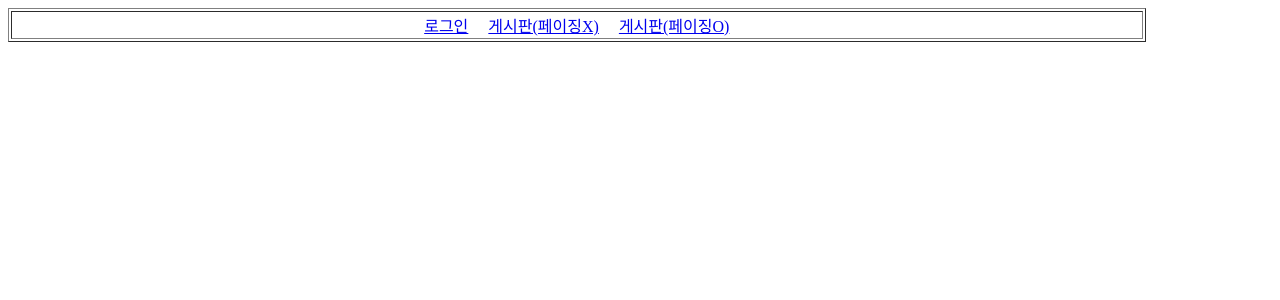
Repository: Motibidu/JSP_Servlet
Page: http://localhost/MushHaveJsp/06Session/LoginForm.jsp
These files come from the project's save history. The page is drawn as it stood at one moment and after the next save; the edit follows.
The browser window is 1280 px wide. The pictures show the whole page.
The page is served by Tomcat 10.

Above is the page before, as saved 2025-05-08 04:03:05.

After the next save:
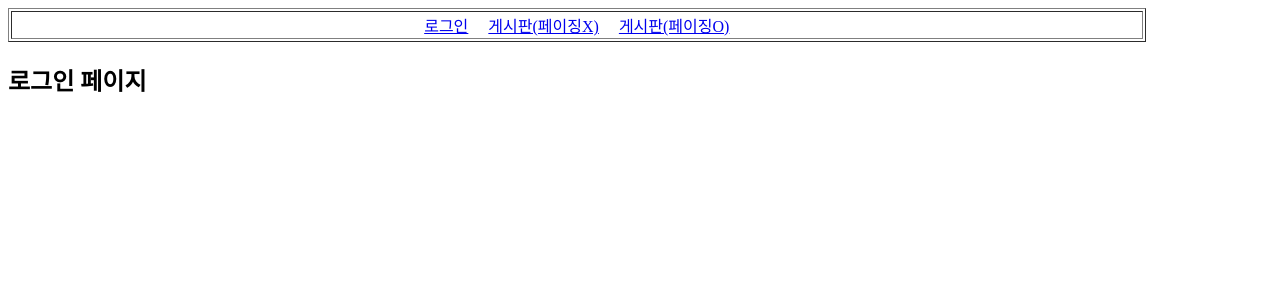
Saved 81 s later.
--- a/MushHaveJsp/src/main/webapp/06Session/LoginForm.jsp
+++ b/MushHaveJsp/src/main/webapp/06Session/LoginForm.jsp
@@ -8,5 +8,7 @@
 </head>
 <body>
 	<jsp:include page="../Common/Link.jsp"/>
+	<h2>로그인 페이지</h2>
+	<span style="color: red; font-size: 1.2em;">
 </body>
 </html>
